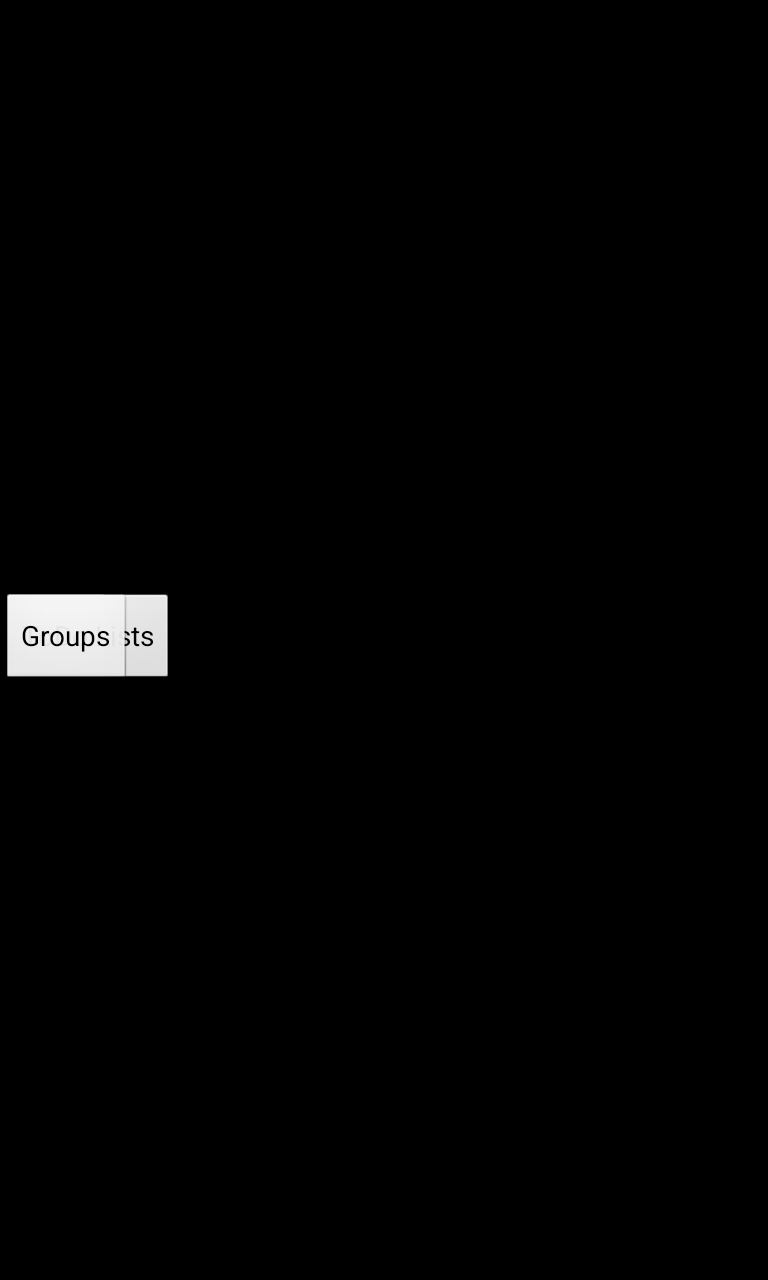
Repository: hilfialkaff/todo
Layout: ToDo_Replica/res/layout/main.xml
An editor plug-in stored every save of this project. The layout is shown before and after the next save, followed by the edit.
It is drawn on a 768 x 1280 px phone screen (xhdpi) without system bars, with theme CustomTheme; the app's code is not run.

Above is the layout before, as saved 2011-03-17 23:22:17.

After the next save:
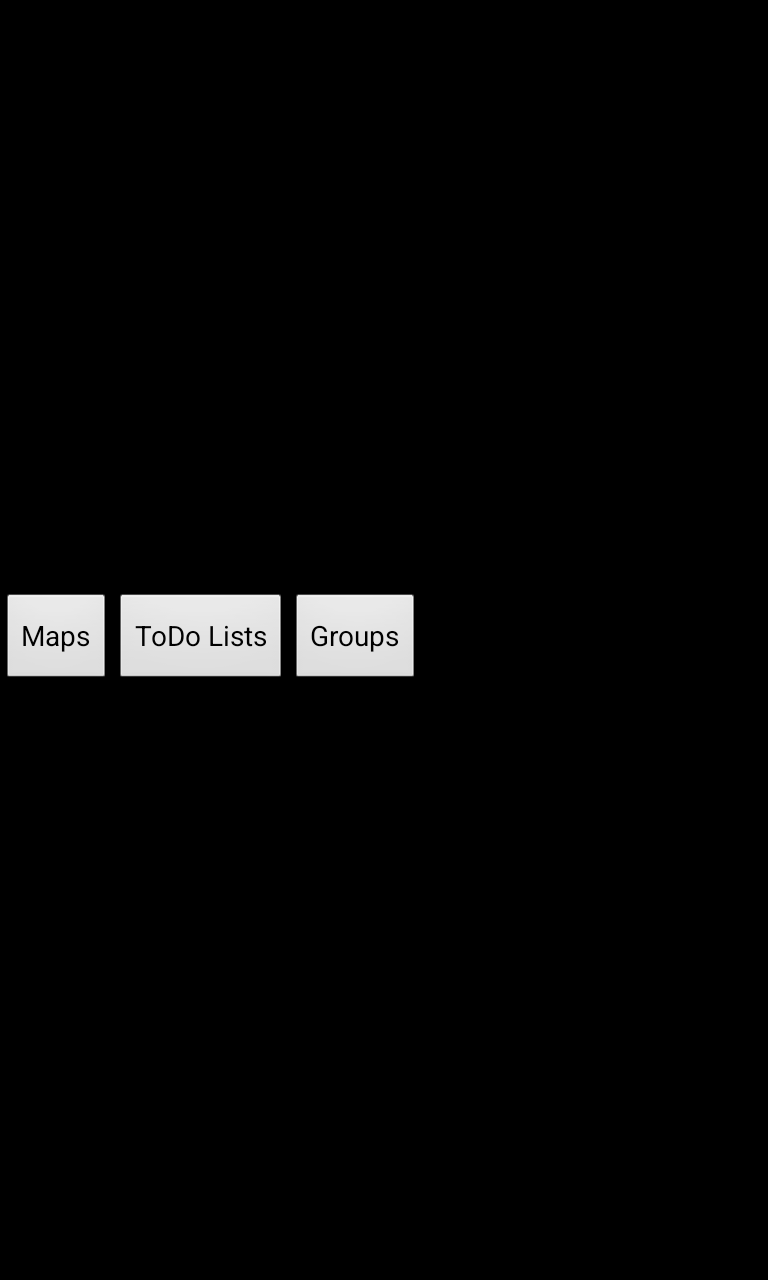
Saved 16 s later.
--- a/ToDo_Replica/res/layout/main.xml
+++ b/ToDo_Replica/res/layout/main.xml
@@ -20,13 +20,13 @@
 		android:layout_width="wrap_content"
 		android:layout_height="wrap_content"
 		android:text="ToDo Lists"
-		android:layout_toRightOf="+@id/b_maps">
+		android:layout_toRightOf="@+id/b_maps">
 	</Button>
 	<Button
 		android:id="@+id/b_groups"
 		android:layout_width="wrap_content"
 		android:layout_height="wrap_content"
 		android:text="Groups"
-		android:layout_toRightOf="+@id/b_todo_lists">
+		android:layout_toRightOf="@+id/b_todo_lists">
 	</Button>
 </RelativeLayout>
